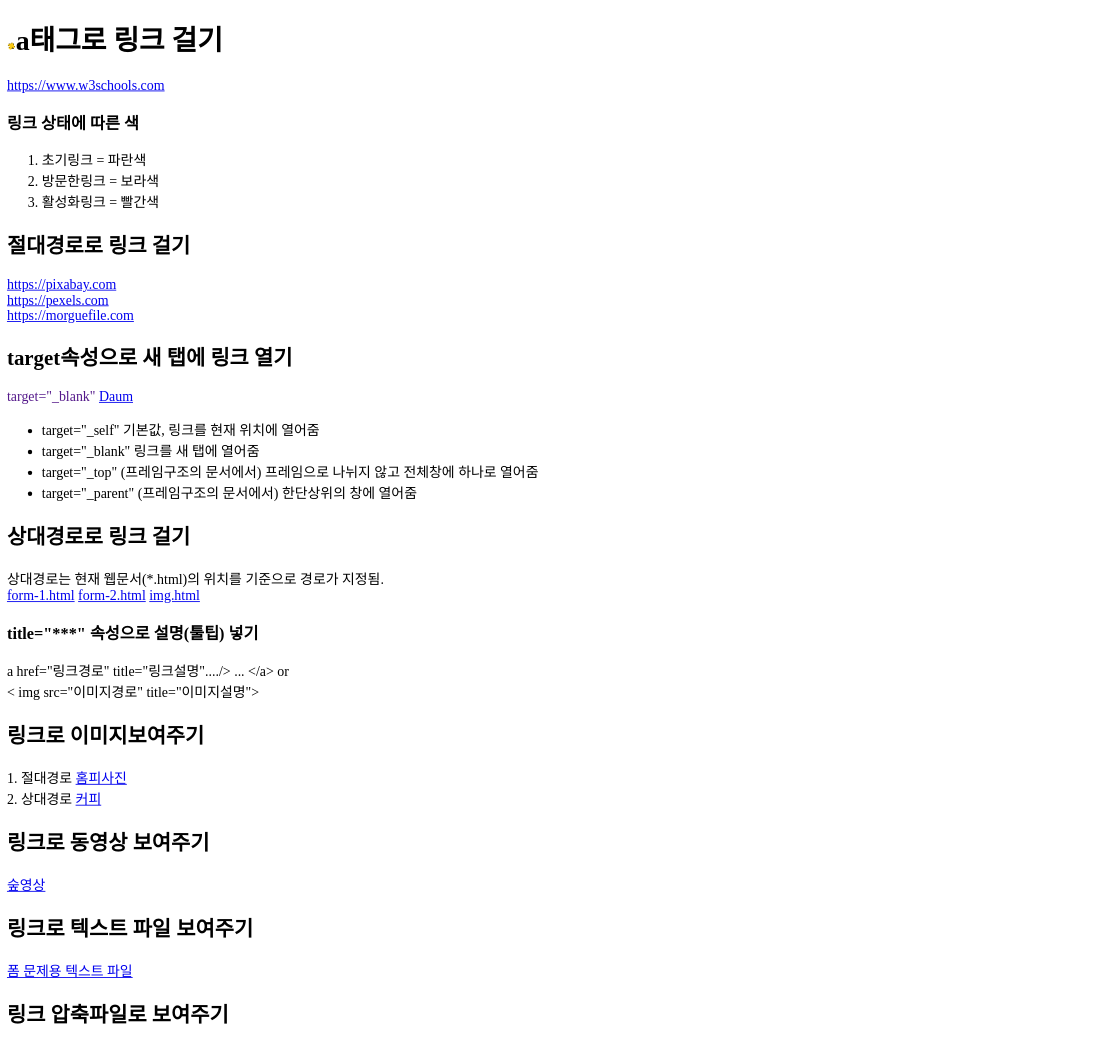
Repository: ReadStar/Web
Page: Html/html5/WebContent/A.html
An editor plug-in stored every save of this project. The page is shown before and after the next save, followed by the edit.
The browser window is 1280 px wide. The pictures show the whole page, at 87% of full size.

Above is the page before, as saved 2020-08-20 08:19:33.

After the next save:
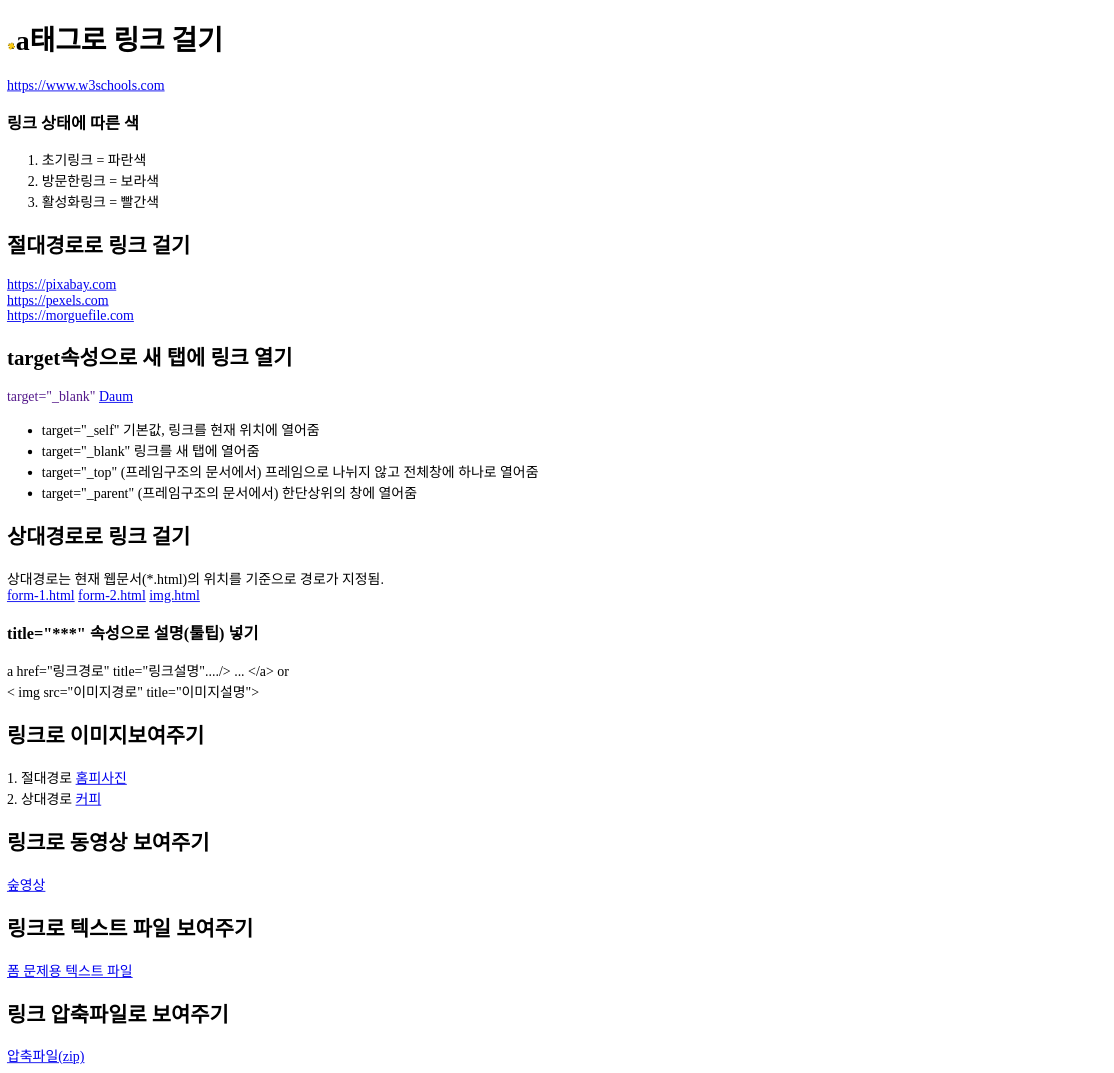
Saved 12 s later.
--- a/Html/html5/WebContent/A.html
+++ b/Html/html5/WebContent/A.html
@@ -56,6 +56,6 @@ or <br>
 <a href="txt.txt">폼 문제용 텍스트 파일</a>
 
 <h2>링크 압축파일로 보여주기</h2>
-<a href="압축파일.zip"></a>
+<a href="압축파일.zip">압축파일(zip)</a>
 </body>
 </html>
